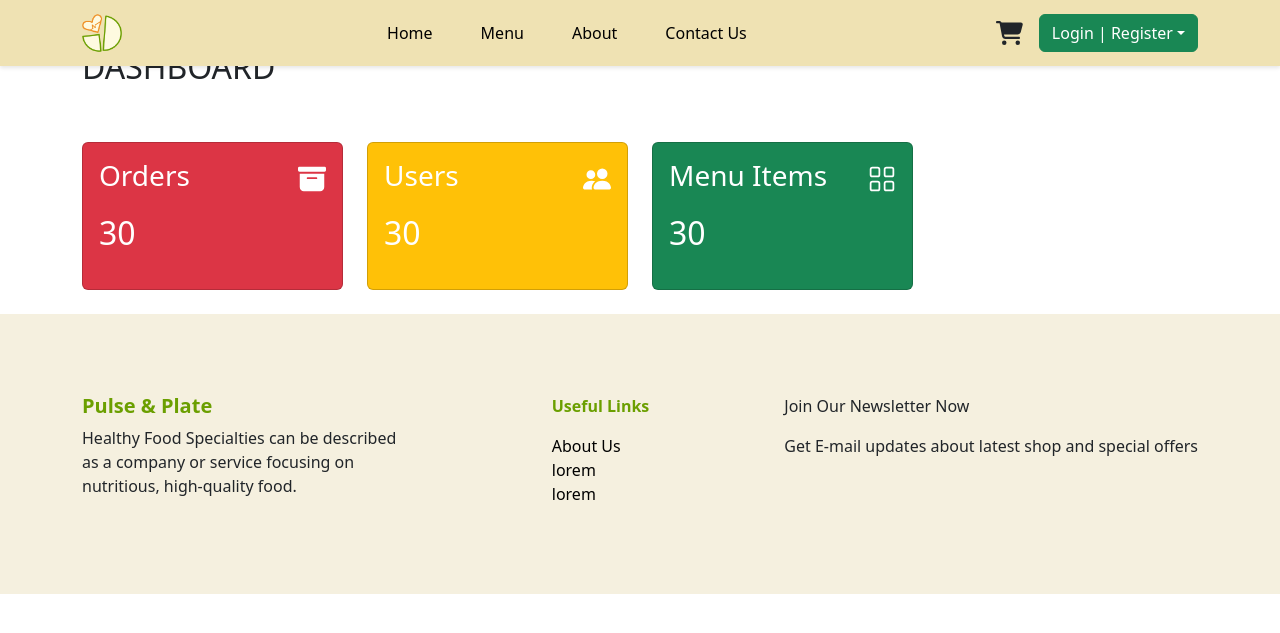
Repository: zeinawady/Pulse-and-Plate
Page: /dashboard
The author's editor kept a copy of each file at every save. The page is drawn from the files as they stood at one save, then again after the next save.
The browser window is 1280 px wide. The pictures show the whole page.
The project was rebuilt for these pictures with package versions that can differ from the ones it lists, and the page was loaded fresh each time. Also part of the build but not shown: src/components/Main/Main.css, src/components/Main/Main.js, src/components/Menu/MealCard.css, src/components/Menu/MealCard.js, src/components/Menu/Categories.css, src/components/Menu/Categories.js, src/components/Menu/Menu.css, src/components/Menu/Menu.js and 21 more.

Above is the page before, as saved 2025-05-15 19:01:11.

After the next save:
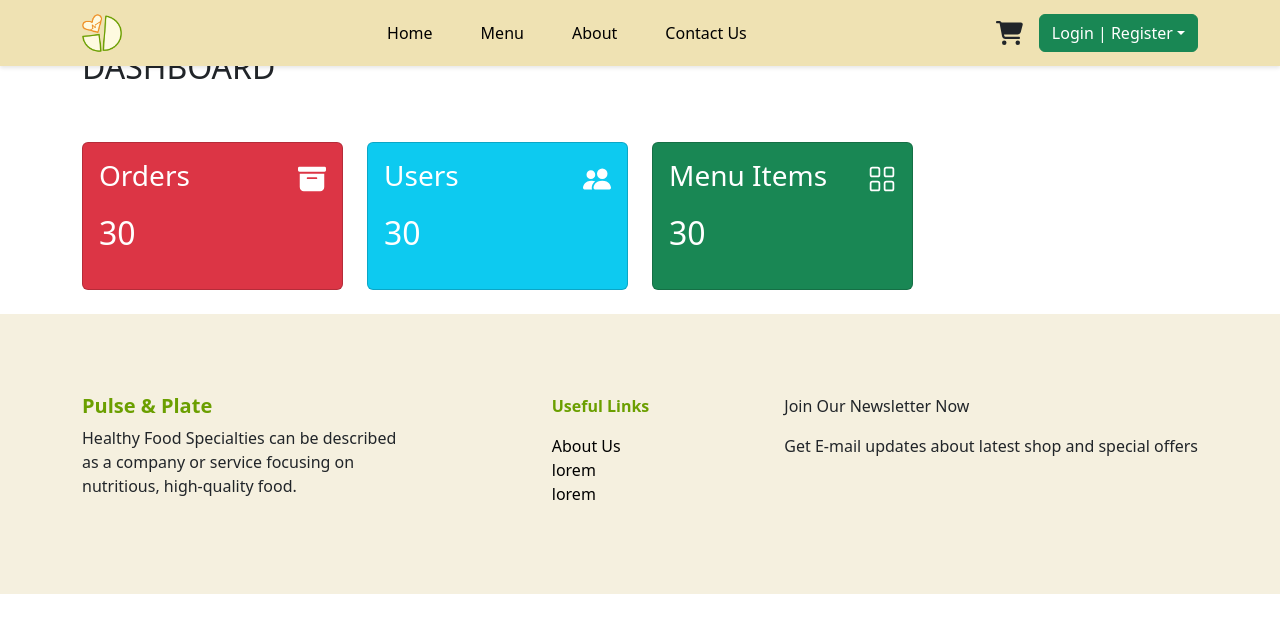
Saved 4 s later.
--- a/src/components/Dashboard/Dashboard.js
+++ b/src/components/Dashboard/Dashboard.js
@@ -25,7 +25,7 @@ export default function Dashboard() {
         </div>
 
         <div className="col-md-3 col-sm-6">
-          <div className="card text-white bg-warning h-100">
+          <div className="card text-white bg-info h-100">
             <div className="card-body">
               <div className="card-inner">
                 <div className="card-title d-flex justify-content-between">
